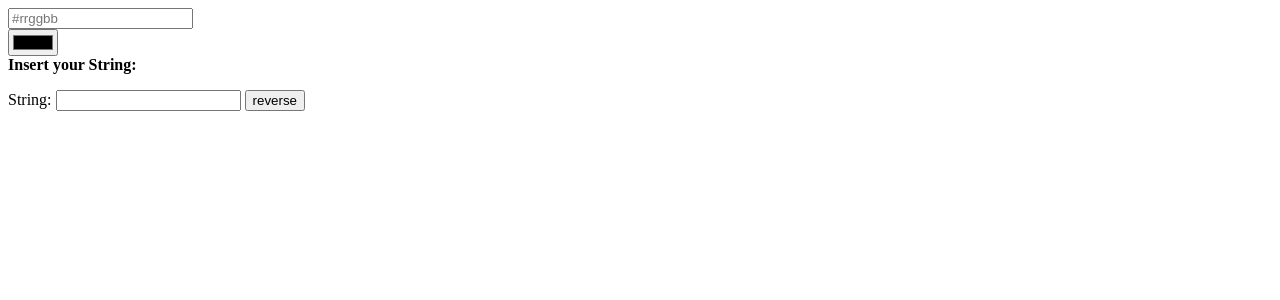
Repository: Micheal11/ReverseStringAssignment
Page: src/MyWidget/widget/template/MyWidget.html
These files come from the project's save history. The page is drawn as it stood at one moment and after the next save; the edit follows.
The browser window is 1280 px wide. The pictures show the whole page.

Above is the page before, as saved 2017-07-14 17:41:58.

After the next save:
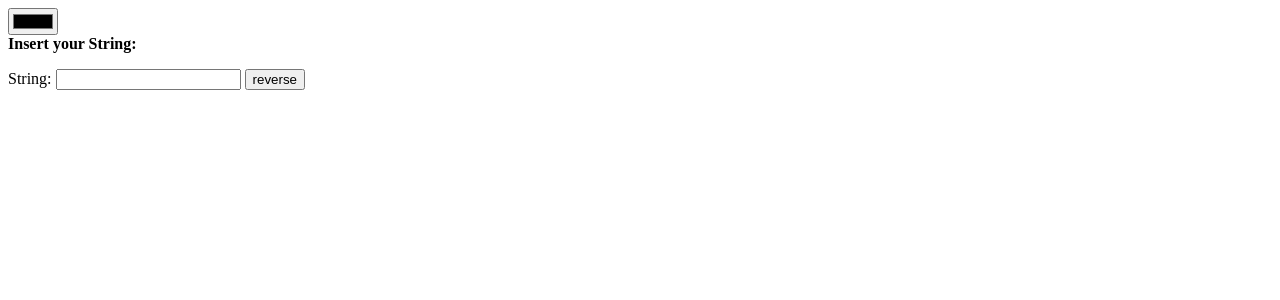
Saved 39 min 13 s later.
--- a/src/MyWidget/widget/template/MyWidget.html
+++ b/src/MyWidget/widget/template/MyWidget.html
@@ -1,7 +1,6 @@
 <div class="widgetname">
     <form>
         <div class="input-group" data-dojo-attach-point="inputNodes">
-            <input type="text" class="form-control" placeholder="#rrggbb" data-dojo-attach-point="colorInputNode">
             <div class="input-group-addon"><input type="color" data-dojo-attach-point="colorSelectNode"></div>
         </div>
           <div>
